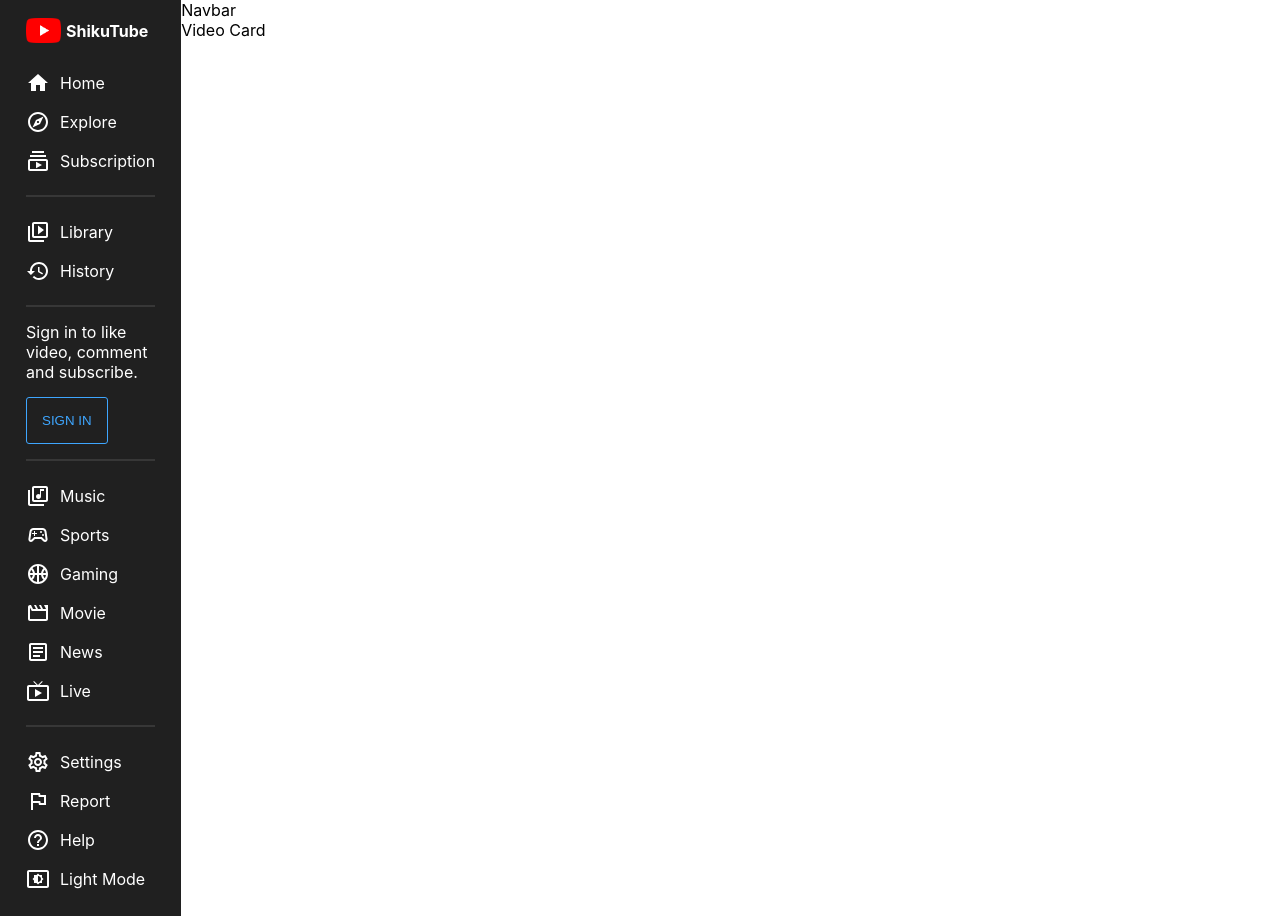
Repository: shikubro90/YouTube
Page: /
An editor plug-in stored every save of this project. The page is shown before and after a run of saves, followed by the edit.
The browser window is 1280 px wide. The pictures show the whole page.
The project was rebuilt for these pictures with package versions that can differ from the ones it lists, and the page was loaded fresh each time. Also part of the build but not shown: src/App.css.

Above is the page before, as saved 2022-07-17 22:05:55.

After the next 3 saves:
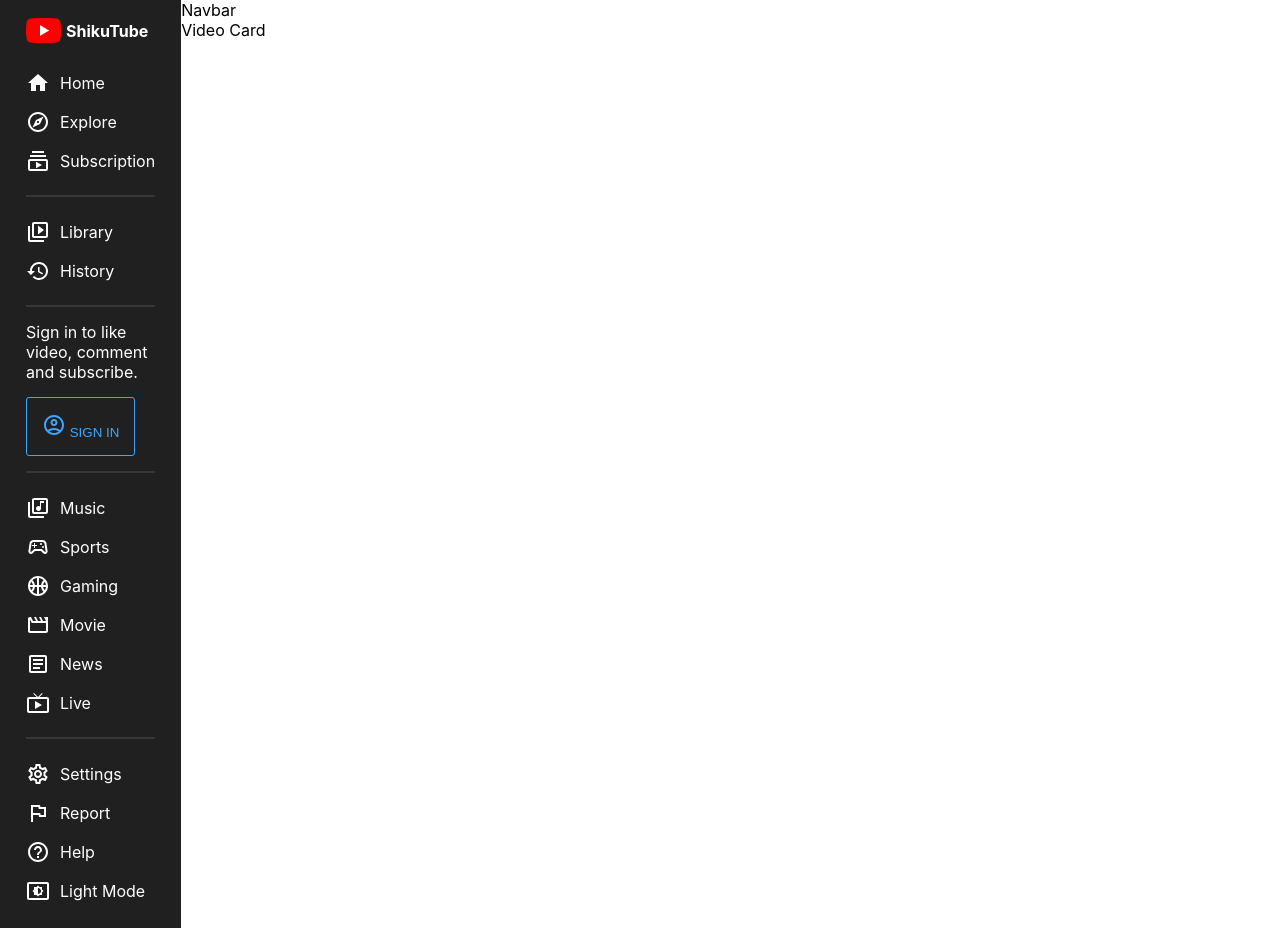
The 3 saves are shown as one change because they came seconds apart.
The last was saved 2 min 15 s later.
--- a/src/Components/Menu.jsx
+++ b/src/Components/Menu.jsx
@@ -104,7 +104,7 @@
                 <Hr/>
                 <Login>
                     Sign in to like video, comment and subscribe.
-                    <Button>SIGN IN</Button>
+                    <Button><AccountCircleOutlinedIcon/> SIGN IN</Button>
                 </Login>
                 <Hr/>
                 <Item>
